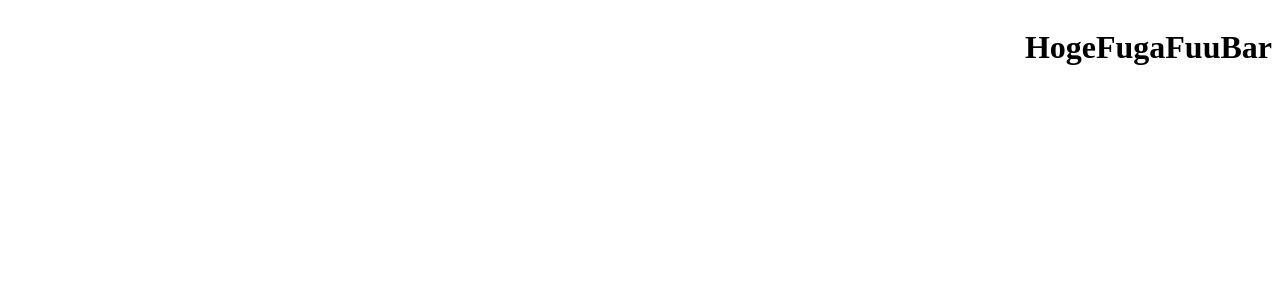
Repository: IzIzKen/samurai_HTML-CSS
Page: HTML CSSを学びWebプログラミングの第一歩を踏み出そう/14章 Flexbox/index2.html
The author's editor kept a record of every edit. The page is drawn from the files as they stood at one moment, then again after the next edit.
The browser window is 1280 px wide. The pictures show the whole page.

Above is the page before.

### HTML CSSを学びWebプログラミングの第一歩を踏み出そう/14章 Flexbox/index2.html
<!DOCTYPE html>
<html lang="ja">
<head>
    <meta charset="UTF-8">
    <style>
        #flex-end {
            display: flex;
            justify-content: flex-end;
        }
    </style>
</head>
<body>
    <div id="flex-end">
        <h1>Hoge</h1>
        <h1>Fuga</h1>
        <h1>Fuu</h1>
        <h1>Bar</h1>
    </div>
</body>
</html>

After the next edit:
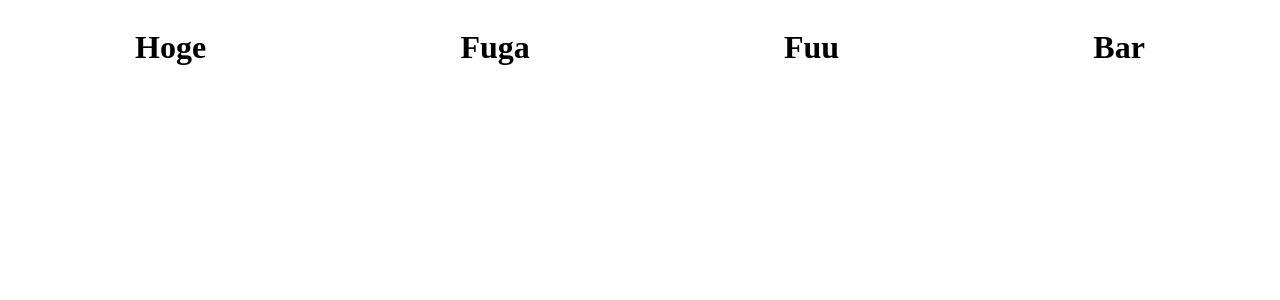
The edit:
--- a/HTML CSSを学びWebプログラミングの第一歩を踏み出そう/14章 Flexbox/index2.html
+++ b/HTML CSSを学びWebプログラミングの第一歩を踏み出そう/14章 Flexbox/index2.html
@@ -5,7 +5,7 @@
     <style>
         #flex-end {
             display: flex;
-            justify-content: flex-end;
+            justify-content: space-around;
         }
     </style>
 </head>
